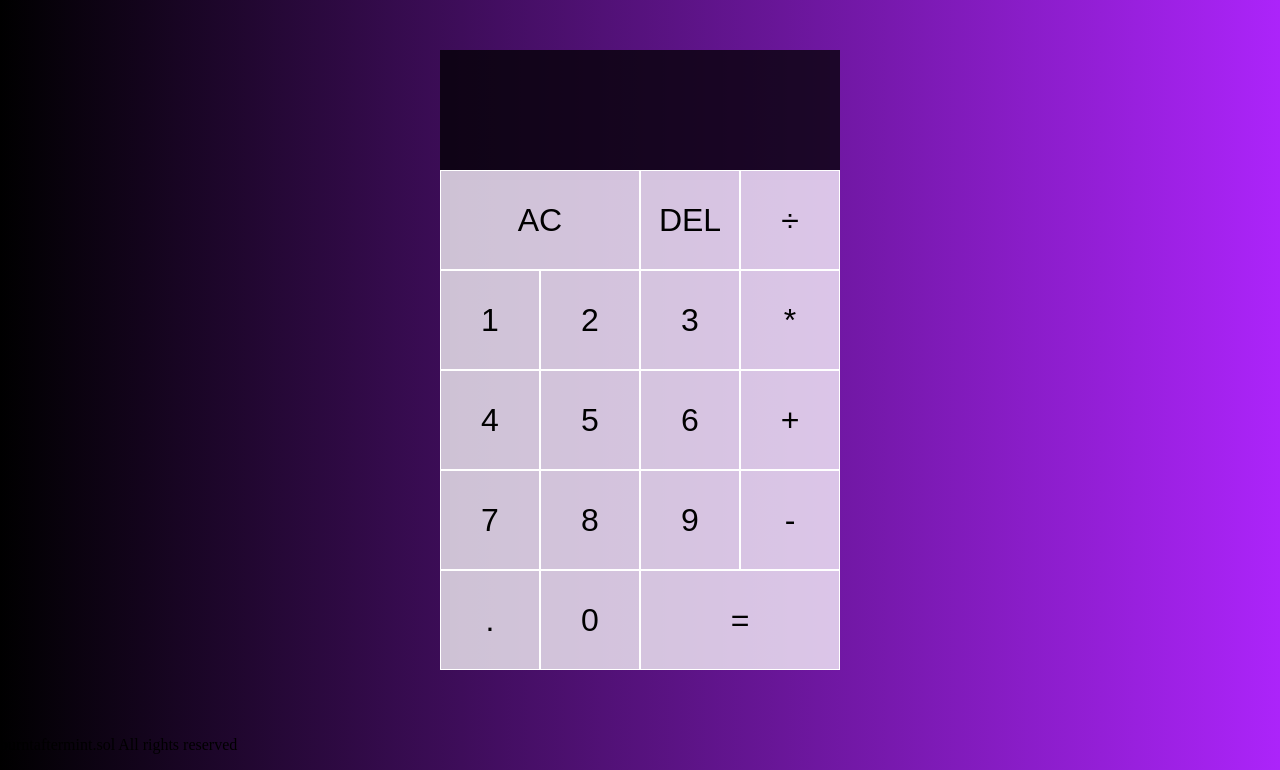
Repository: burntaftermint/calculator
Page: index.html
An editor plug-in stored every save of this project. The page is shown before and after the next save, followed by the edit.
The browser window is 1280 px wide. The pictures show the whole page.

Above is the page before, as saved 2023-11-01 04:58:31.

After the next save:
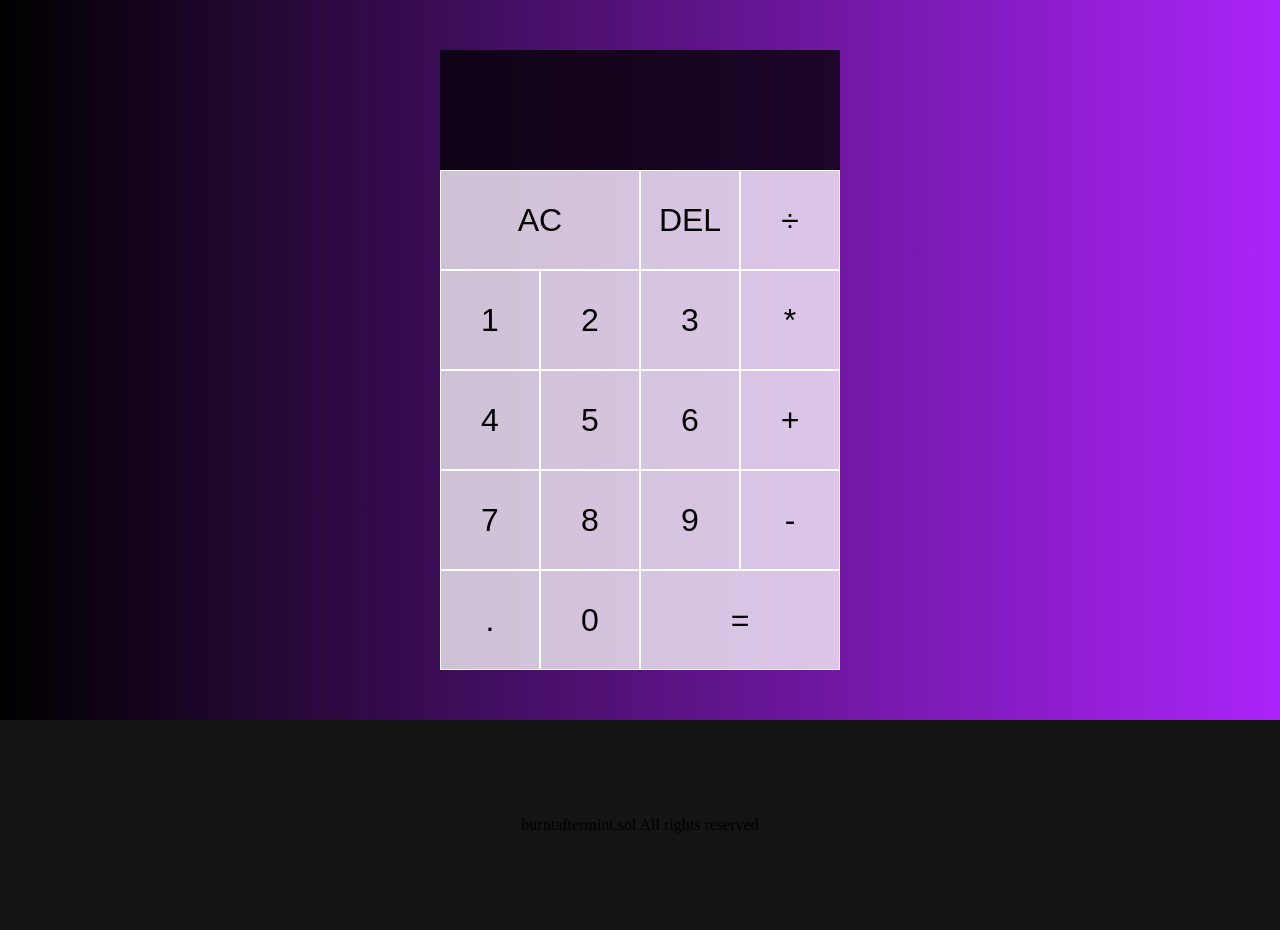
Saved 56 s later.
--- a/styles.css
+++ b/styles.css
@@ -55,3 +55,12 @@ body {
     color: white;
     font-size: 2.5rem;
 }
+
+.footer__container {
+    background-color: #141414;
+    padding: 5rem 0;
+    display: flex;
+    flex-direction: column;
+    justify-content: center;
+    align-items: center;
+}

After the save that followed:
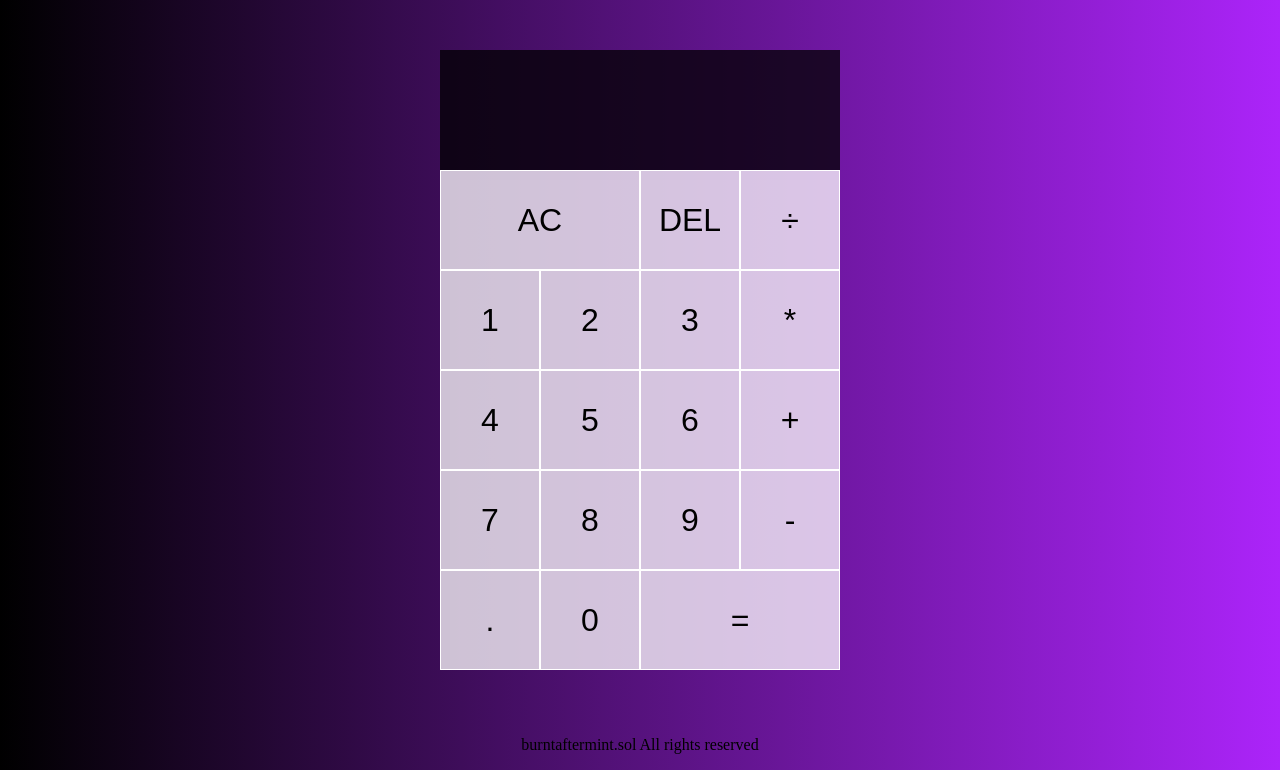
Saved 14 s later.
--- a/styles.css
+++ b/styles.css
@@ -57,8 +57,7 @@ body {
 }
 
 .footer__container {
-    background-color: #141414;
-    padding: 5rem 0;
+
     display: flex;
     flex-direction: column;
     justify-content: center;
